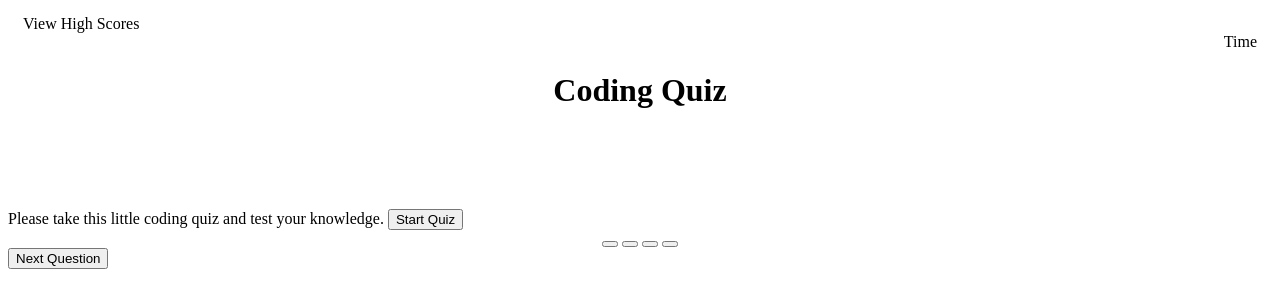
Repository: Naomilounsbury/code-quiz
Page: index.html
The author's editor kept a copy of each file at every save. The page is drawn from the files as they stood at one save, then again after the next save.
The browser window is 1280 px wide. The pictures show the whole page.

Above is the page before, as saved 2021-11-27 13:44:20.

After the next save:
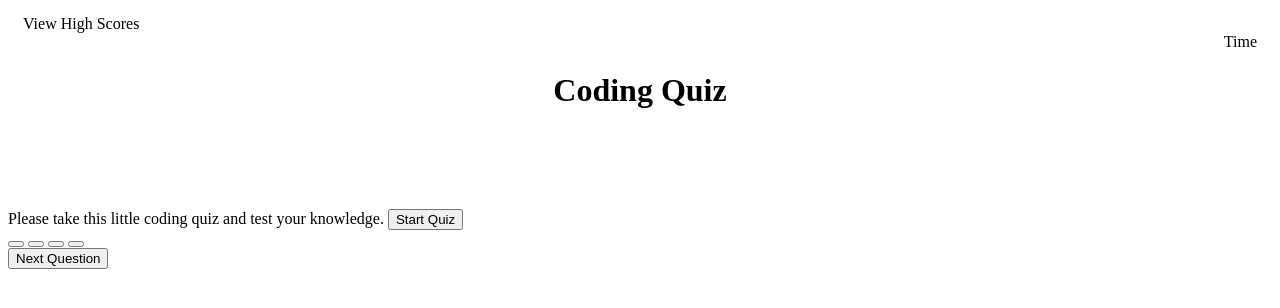
Saved 7 s later.
--- a/assets/css/styles.css
+++ b/assets/css/styles.css
@@ -15,6 +15,6 @@
     text-align: center;
 
 }
-.question{
+question{
     text-align: center;
 }

After the save that followed:
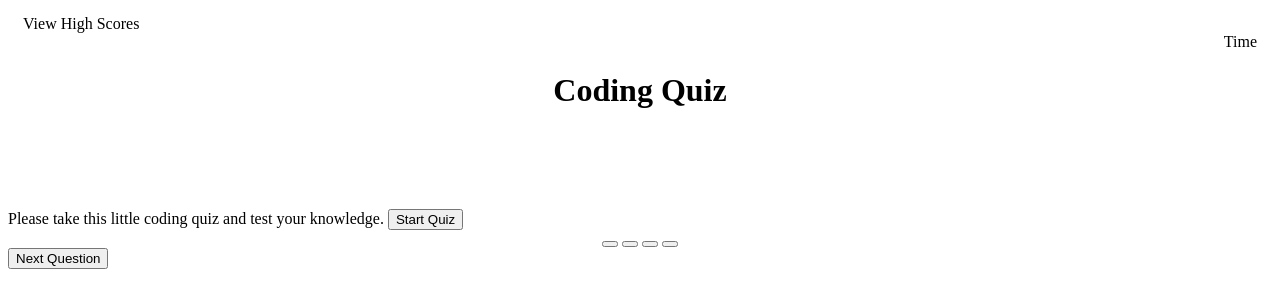
Saved 9 s later.
--- a/assets/css/styles.css
+++ b/assets/css/styles.css
@@ -15,6 +15,6 @@
     text-align: center;
 
 }
-question{
+#question{
     text-align: center;
 }
